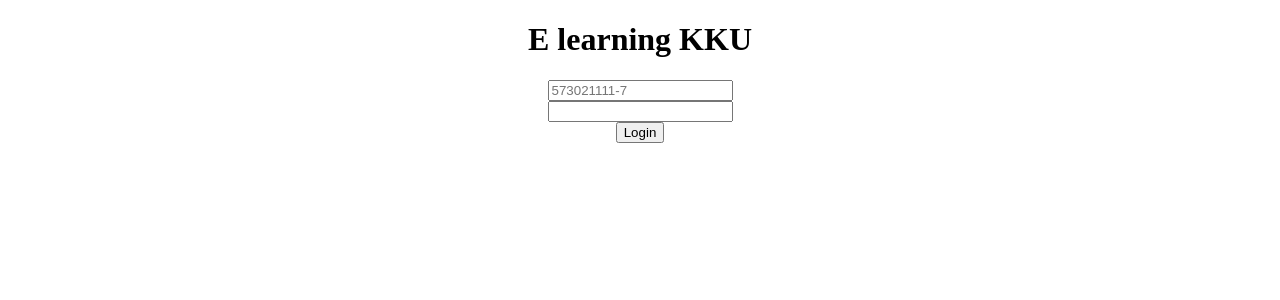
Repository: Wanaratkhamla/LabJavaWeb
Page: http://localhost/TestJoinTable/Login.jsp
The author's editor kept a copy of each file at every save. The page is drawn from the files as they stood at one save, then again after the next save.
The browser window is 1280 px wide. The pictures show the whole page.
The page is served by Tomcat 9.

Above is the page before, as saved 2017-02-28 18:12:16.

After the next save:
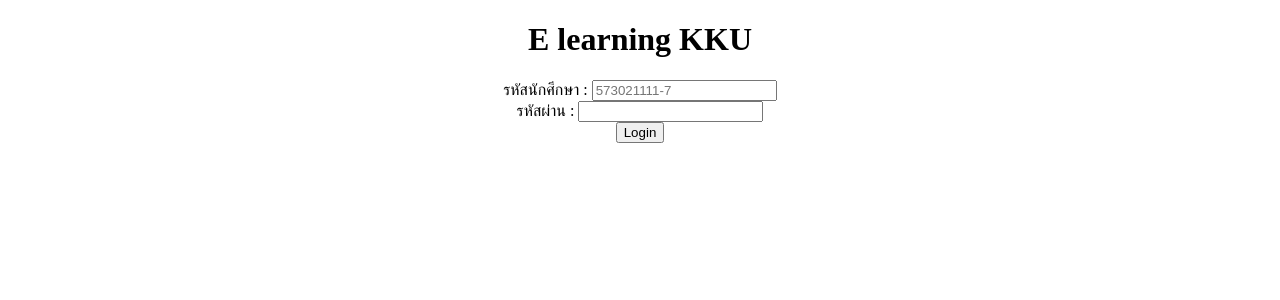
Saved 26 s later.
--- a/TestJoinTable/WebContent/Login.jsp
+++ b/TestJoinTable/WebContent/Login.jsp
@@ -11,8 +11,8 @@
 		<form action="login">
 		<h1>E learning KKU</h1>
 			<input type="hidden" name="action" value="login">
-			<input size="20" type="text" name="SID" placeholder="573021111-7"> <br>
-			<input size="20" type="password" name="Password"> <br>
+			รหัสนักศึกษา : <input size="20" type="text" name="SID" placeholder="573021111-7"> <br>
+			รหัสผ่าน : <input size="20" type="password" name="Password"> <br>
 			<button type="submit"> Login </button>
 		</form>
 	</div>
